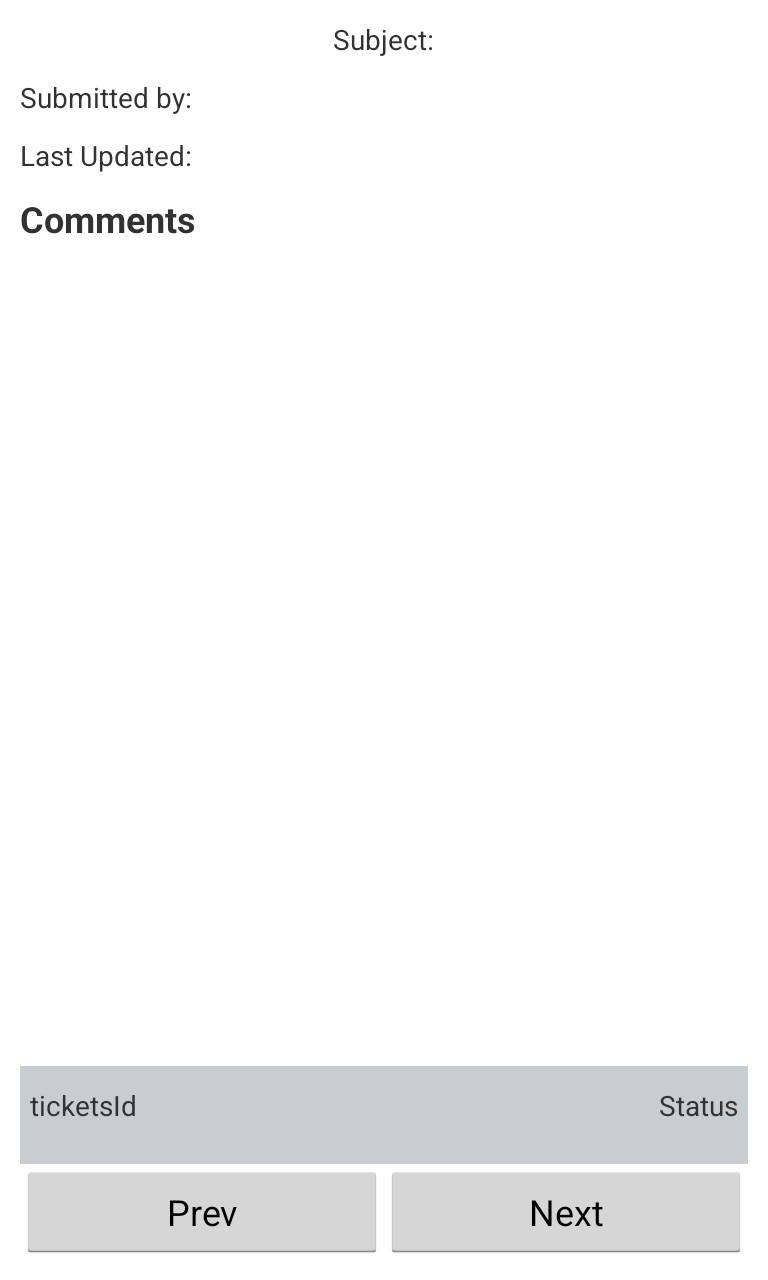
Repository: Pradeep-appstute/First
Layout: Control/res/layout/ticketdetails_view.xml
An editor plug-in stored every save of this project. The layout is shown before and after the next save, followed by the edit.
It is drawn on a 768 x 1280 px phone screen (xhdpi) without system bars, with theme AppTheme; the app's code is not run. Lists and similar views that code fills are empty.

Above is the layout before, as saved 2014-02-28 10:15:01.

### Control/res/layout/ticketdetails_view.xml
<?xml version="1.0" encoding="utf-8"?>
<RelativeLayout xmlns:android="http://schemas.android.com/apk/res/android"
    android:layout_width="match_parent"
    android:layout_height="match_parent"
    android:padding="10dip"
    >

    <LinearLayout
        android:layout_width="match_parent"
        android:layout_height="match_parent"
        android:orientation="vertical"
         >

        <LinearLayout
            android:layout_width="match_parent"
            android:layout_height="wrap_content"
            android:layout_marginBottom="10dp"
            android:gravity="center_horizontal"
            android:orientation="horizontal" >

            <TextView
                android:layout_width="wrap_content"
                android:layout_height="wrap_content"
                android:text="@string/ticketdetails_subject" />

            <TextView
                android:id="@+id/textViewSubjectValue"
                android:layout_width="wrap_content"
                android:layout_height="wrap_content"
                android:text="" />
        </LinearLayout>

        <LinearLayout
            android:layout_width="match_parent"
            android:layout_height="wrap_content"
            android:layout_marginBottom="10dp"
            android:orientation="horizontal" >

            <TextView
                android:layout_width="wrap_content"
                android:layout_height="wrap_content"
                android:text="@string/ticketdetails_submittedby" />

            <TextView
                android:id="@+id/textViewSubmittedByValue"
                android:layout_width="wrap_content"
                android:layout_height="wrap_content"
                android:text="" />
        </LinearLayout>

        <LinearLayout
            android:layout_width="match_parent"
            android:layout_height="wrap_content"
            android:layout_marginBottom="10dp"
            android:orientation="horizontal" >

            <TextView
                android:layout_width="wrap_content"
                android:layout_height="wrap_content"
                android:text="@string/ticketdetails_lastupdated" />

            <TextView
                android:id="@+id/textViewLastUpdatedValue"
                android:layout_width="wrap_content"
                android:layout_height="wrap_content"
                android:text="" />
        </LinearLayout>

        <TextView
            android:layout_width="wrap_content"
            android:layout_height="wrap_content"
            android:text="@string/ticketdetails_comments"
            android:textSize="18dip"
            android:textStyle="bold" />

        <ListView
            android:id="@+id/listViewComment"
            android:layout_width="match_parent"
            android:layout_height="240dp" >
        </ListView>
    </LinearLayout>

    <RelativeLayout
        android:layout_width="fill_parent"
        android:layout_height="wrap_content"
        android:layout_above="@id/linbottombar"
        android:background="#4345"
        android:paddingTop="10dp"
        android:paddingBottom="10dp"
        >

        <LinearLayout
            android:layout_width="wrap_content"
            android:layout_height="wrap_content"
            android:layout_marginBottom="10dp"
            android:layout_marginLeft="5dp"
            android:gravity="center_horizontal"
            android:orientation="horizontal"
            android:layout_alignParentLeft="true"
             >

            <TextView
                android:layout_width="wrap_content"
                android:layout_height="wrap_content"
                android:text="@string/ticketdetails_ticketsId" />

            <TextView
                android:id="@+id/textViewticketsIdValue"
                android:layout_width="wrap_content"
                android:layout_height="wrap_content"
                android:text="" />
        </LinearLayout>

        <LinearLayout
            android:layout_width="wrap_content"
            android:layout_height="wrap_content"
            android:layout_marginBottom="10dp"
            android:layout_marginRight="5dp"
            android:gravity="center_horizontal"
            android:orientation="horizontal"
            android:layout_alignParentRight="true"
            >

            <TextView
                android:layout_width="wrap_content"
                android:layout_height="wrap_content"
                android:text="@string/ticketdetails_status" />

            <TextView
                android:id="@+id/textViewStatusValue"
                android:layout_width="wrap_content"
                android:layout_height="wrap_content"
                android:text="" />
        </LinearLayout>
    </RelativeLayout>

    <LinearLayout
        android:id="@+id/linbottombar"
        android:layout_width="match_parent"
        android:layout_height="wrap_content"
        android:layout_alignParentBottom="true"
        android:layout_alignParentLeft="true"
        android:orientation="horizontal" >

        <Button
            android:layout_width="fill_parent"
            android:layout_height="wrap_content"
            android:layout_weight="1"
            android:text="@string/ticketdetails_prev" />

        <Button
            android:id="@+id/textViewSubmittedByValue"
            android:layout_width="fill_parent"
            android:layout_height="wrap_content"
            android:layout_weight="1"
            android:text="@string/ticketdetails_next" />
    </LinearLayout>

</RelativeLayout>

### Control/res/values/strings.xml
<?xml version="1.0" encoding="utf-8"?>
<resources>

    <string name="app_name">Control</string>
    <string name="action_settings">Settings</string>
    <string name="Login">Login</string>
    <string name="forgotusername">Forgot Username</string>
    <string name="forgotpassword">Forgot Password</string>

    <!-- AlertDialog -->
    <string name="ok">OK</string>
    <string name="yes">YES</string>
    <string name="no">NO</string>
    <!-- Slider Menu -->
    <string name="emptystring">Control</string>
    <string name="textViewListHeaderMSG">MASERGY</string>

    <!-- Submit Screen -->
    <string name="name">Name:</string>
    <string name="email">Email:</string>
    <string name="phone">Phone:</string>
    <string name="subject">Subject:</string>
    <string name="bundle">Bundle:</string>
    <string name="description">Description:</string>
    <string name="createticket">Create Tciket</string>

    <!-- Ticket Detail Screen -->
    <string name="ticketdetails_subject">Subject:</string>
    <string name="ticketdetails_submittedby">Submitted by:</string>
    <string name="ticketdetails_lastupdated">Last Updated:</string>
    <string name="ticketdetails_comments">Comments</string>
     <string name="ticketdetails_ticketsId">ticketsId</string>
      <string name="ticketdetails_status">Status</string>
    <string name="ticketdetails_next">Next</string>
    <string name="ticketdetails_prev">Prev</string>

</resources>

Loaded but not shown: Control/res/values/styles.xml (common file); Control/res/values-v11/styles.xml (common file); Control/res/values-v14/styles.xml (common file)

After the next save:
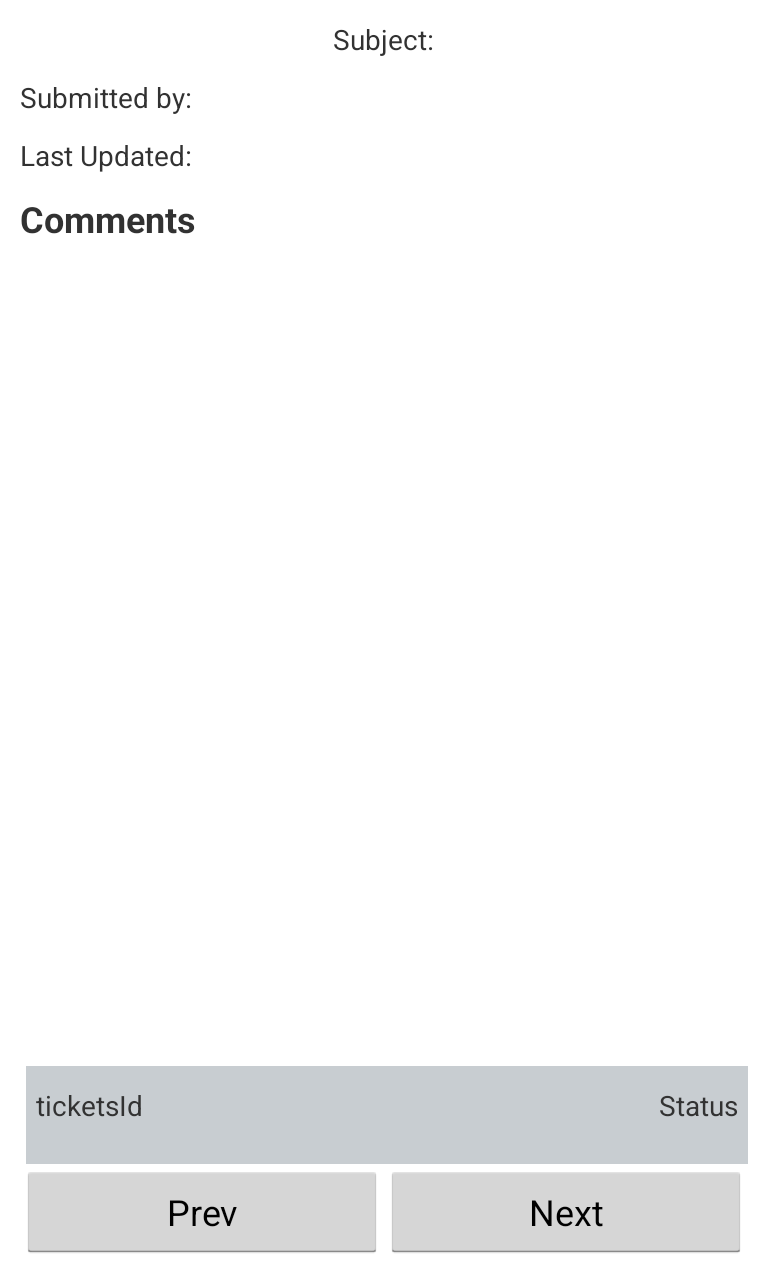
Saved 4 min 18 s later.
--- a/Control/res/layout/ticketdetails_view.xml
+++ b/Control/res/layout/ticketdetails_view.xml
@@ -85,6 +85,7 @@
         android:layout_height="wrap_content"
         android:layout_above="@id/linbottombar"
         android:background="#4345"
+        android:layout_marginLeft="3dp"
         android:paddingTop="10dp"
         android:paddingBottom="10dp"
         >
